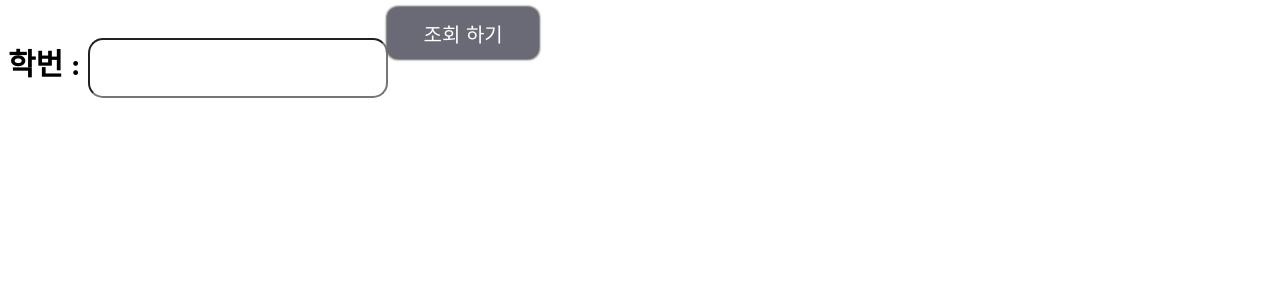
Repository: kimeuiyeob/KOPO_JSP_Study
Page: http://localhost/JSP/selectById.jsp
These files come from the project's save history. The page is drawn as it stood at one moment and after a run of saves; the edit follows.
The browser window is 1280 px wide. The pictures show the whole page.
The page is served by Tomcat 9. Other server files are loaded and not shown.

Above is the page before, as saved 2023-05-25 23:53:07.

### JSP/src/main/webapp/selectById.jsp
<%@ page import="javax.servlet.jsp.tagext.TryCatchFinally"%>
<%@ page language="java" contentType="text/html; charset=UTF-8"
	pageEncoding="UTF-8"%>

<!-- JDBC 사용시 필요한 임포트 -->
<%@ page import="java.sql.*"%>
<%@ page import="javax.sql.*"%>
<%@ page import="java.io.*"%>
<%@ page import="java.util.*"%>

<link rel="stylesheet" href="css/selectById.css">

<HTML>
<HEAD>
</HEAD>

<BODY>

	<form action="selectById2.jsp" method="post">
		<div style="display: flex">
			<p>
				학번 : <input type="text" name="studentid">
			</p>
			<div>
				<button type="submit">조회 하기</button>
			</div>
		</div>
	</form>

</BODY>
</HTML>

### JSP/src/main/webapp/css/selectById.css
@charset "UTF-8";

p {
	font-size: 30px;
	font-weight: bold;
}

button {
	background-color: #6a6a76;
	color: #fff;
	border: none;
	border-radius: 10px;
	box-shadow: 0px 0px 2px 2px rgb(102, 101, 101);
	height: 50px;
	width: 150px;
	cursor: pointer;
	font-size: 20px;
}

input {
	height: 60px;
	width: 300px;
	border-radius: 15px;
	font-size: 20px;
}

.but {
	padding-left: 50px;
}

After the next 2 saves:
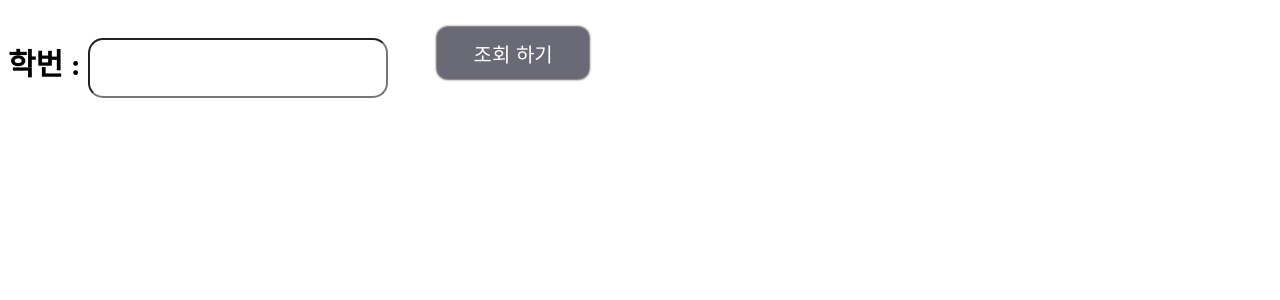
The 2 saves are shown as one change because they came seconds apart.
The last was saved 23 s later.
--- a/JSP/src/main/webapp/selectById.jsp
+++ b/JSP/src/main/webapp/selectById.jsp
@@ -21,7 +21,7 @@
 			<p>
 				학번 : <input type="text" name="studentid">
 			</p>
-			<div>
+			<div class="but" style="padding-top : 20px">
 				<button type="submit">조회 하기</button>
 			</div>
 		</div>
